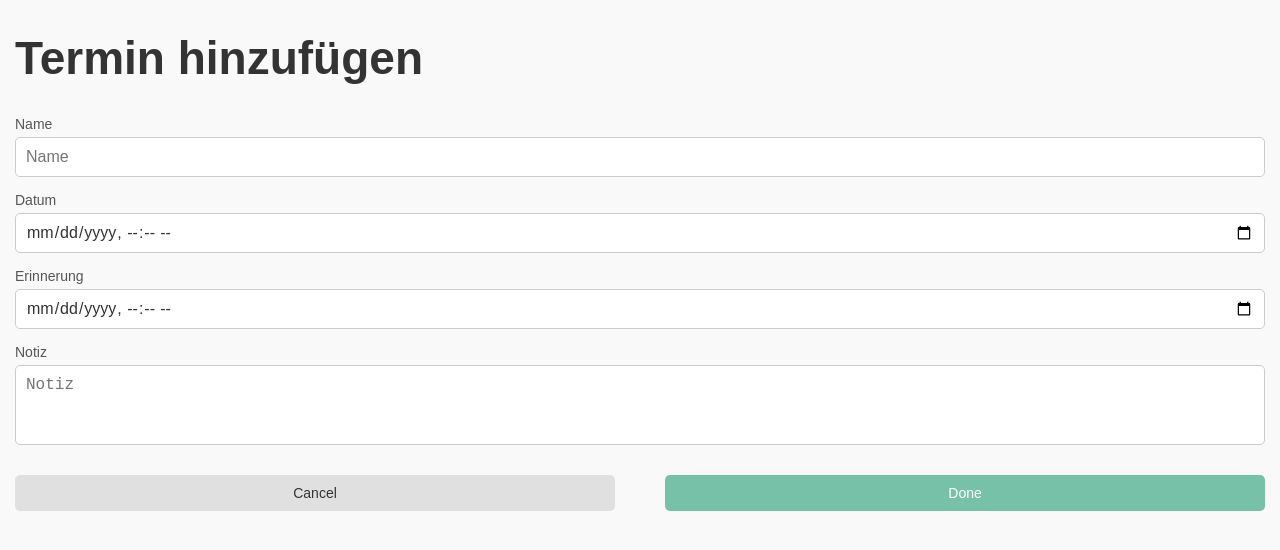
Repository: jakemoes/Pet-Tracker
Page: PWA/addAppointment.html
These files come from the project's save history. The page is drawn as it stood at one moment and after the next save; the edit follows.
The browser window is 1280 px wide. The pictures show the whole page.

Above is the page before, as saved 2024-12-06 20:01:06.

After the next save:
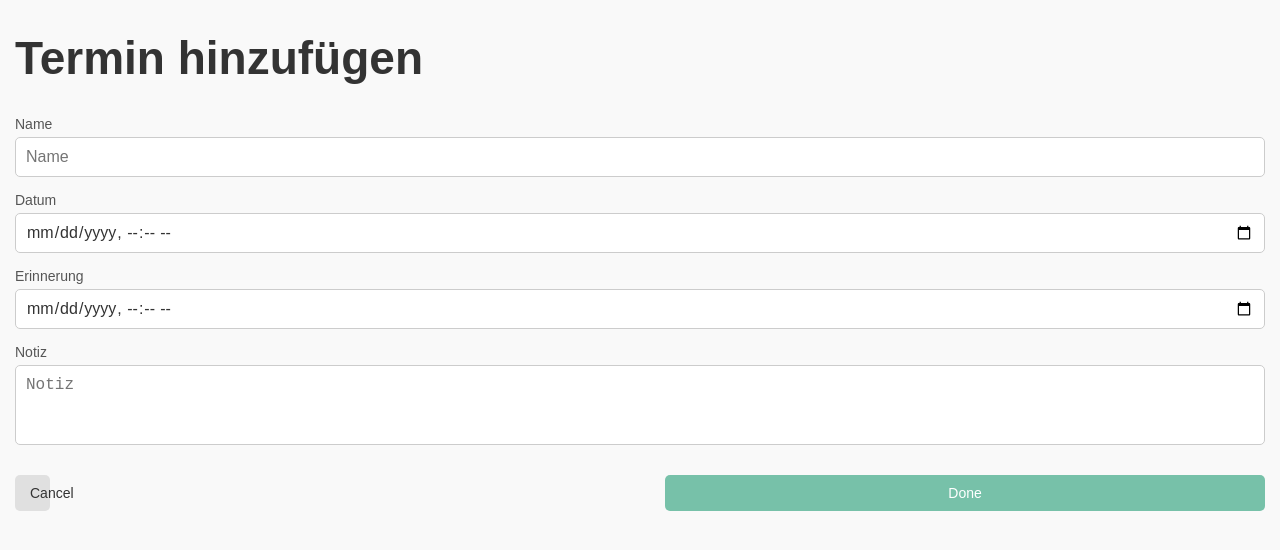
Saved 75 s later.
--- a/PWA/addAppointment.html
+++ b/PWA/addAppointment.html
@@ -23,7 +23,9 @@
             <textarea id="notiz" name="notiz" placeholder="Notiz"></textarea>
 
             <div class="button-container">
-                <button type="action" href="appointment.html" class="cancel-btn">Cancel</button>
+                <a href="appointment.html">
+                <button type="button" onclick=""appointment.html" class="cancel-btn">Cancel</button>
+                </a>
                 <button type="submit" class="done-btn">Done</button>
             </div>
         </form>

After the 5 saves that followed:
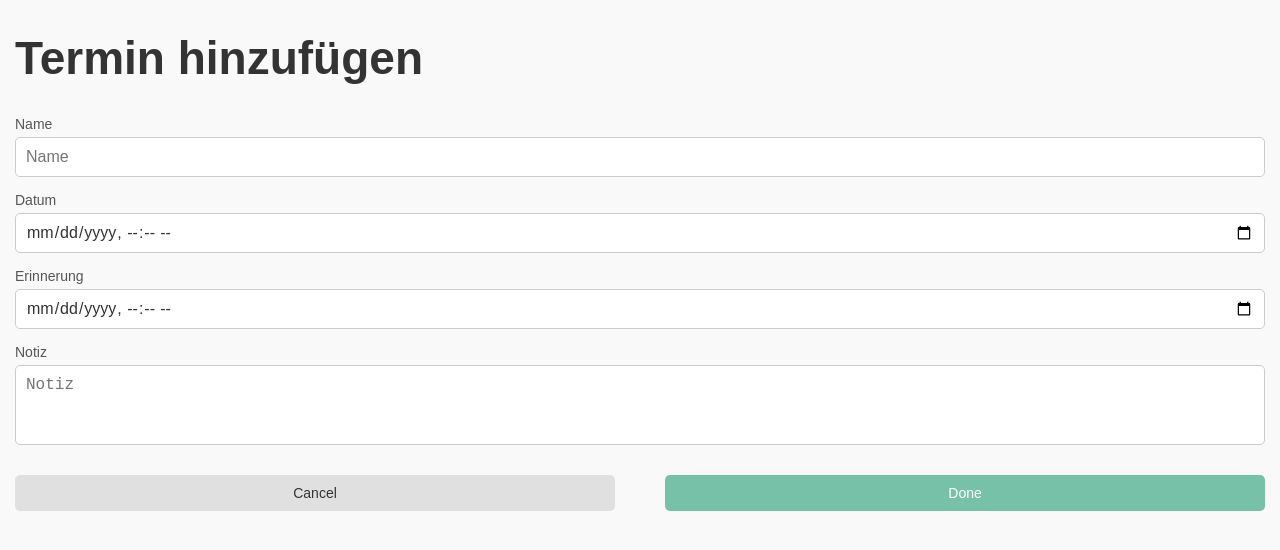
The 5 saves are shown as one change because 1 left the picture as it was and some came seconds apart.
The last was saved 68 s later.
--- a/PWA/addAppointment.html
+++ b/PWA/addAppointment.html
@@ -23,8 +23,8 @@
             <textarea id="notiz" name="notiz" placeholder="Notiz"></textarea>
 
             <div class="button-container">
-                <a href="appointment.html">
-                <button type="button" onclick=""appointment.html" class="cancel-btn">Cancel</button>
+                <form type="" href="appointment.html">
+                    <button type="button" onclick=""appointment.html" class="cancel-btn">Cancel</button>
                 </a>
                 <button type="submit" class="done-btn">Done</button>
             </div>
